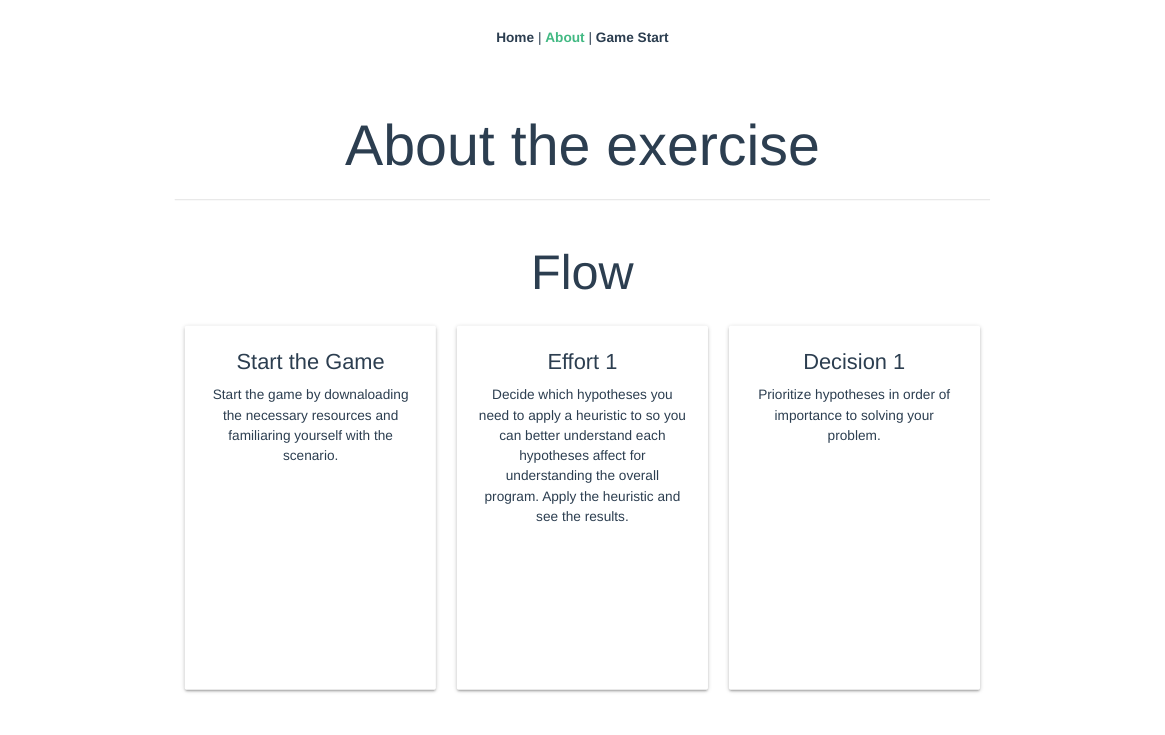
Repository: gallard28/posc4210app
Page: /#/about
These files come from the project's save history. The page is drawn as it stood at one moment and after the next save; the edit follows.
The browser window is 1280 px wide. The pictures show the whole page, at 91% of full size.
The project was rebuilt for these pictures with package versions that can differ from the ones it lists, and the page was loaded fresh each time. Also part of the build but not shown: src/views/Home.vue, src/views/Start.vue.

Above is the page before, as saved 2020-09-20 18:22:46.

After the next save:
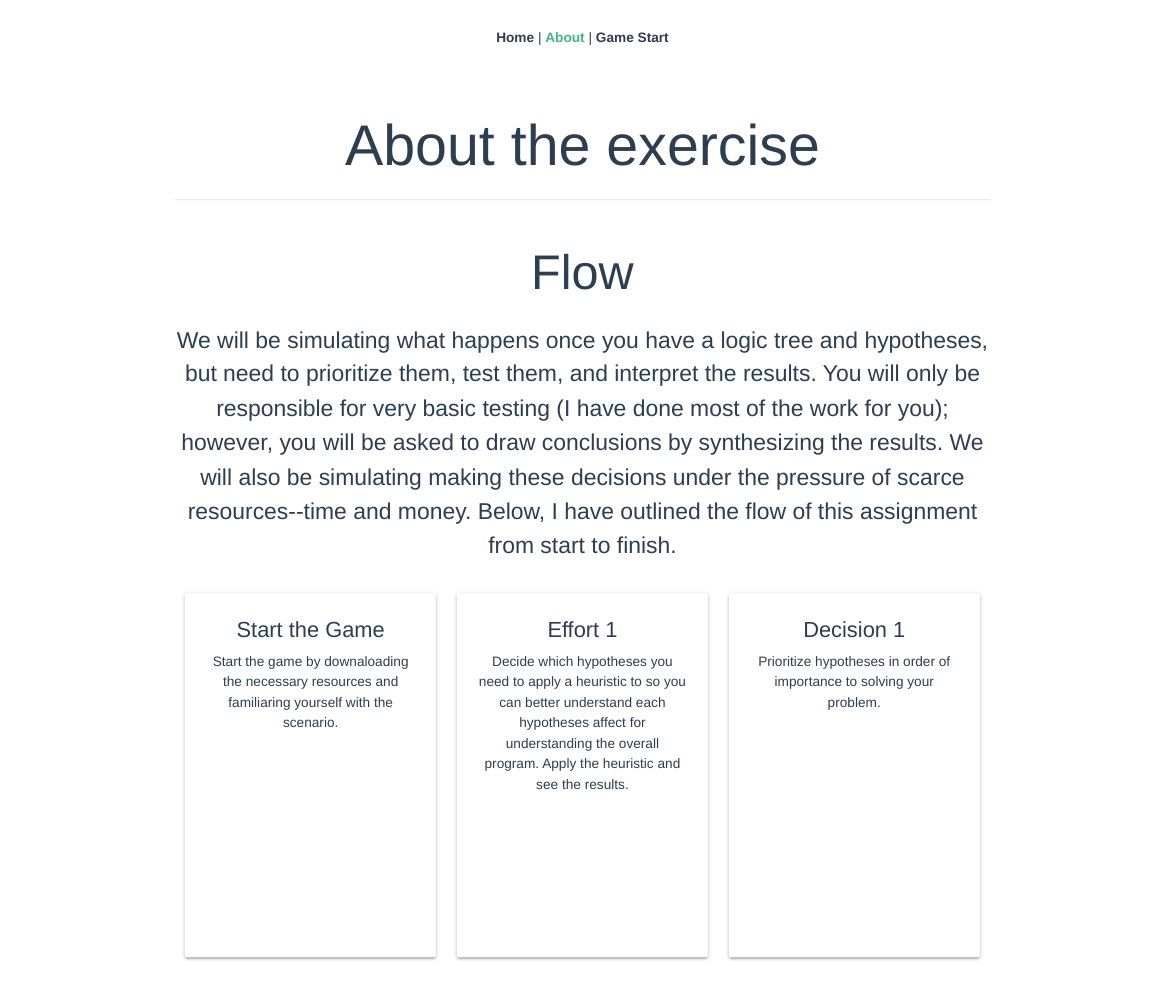
Saved 8 min 5 s later.
--- a/src/views/About.vue
+++ b/src/views/About.vue
@@ -7,6 +7,7 @@
         <h2>Flow</h2>
       </div>
       <div class="row">
+        <p class="flow-text">We will be simulating what happens once you have a logic tree and hypotheses, but need to prioritize them, test them, and interpret the results. You will only be responsible for very basic testing (I have done most of the work for you); however, you will be asked to draw conclusions by synthesizing the results. We will also be simulating making these decisions under the pressure of scarce resources--time and money. Below, I have outlined the flow of this assignment from start to finish.</p>
         <!-- Card 1 -->
         <div class="col s12 m4">
           <div class="card medium">
